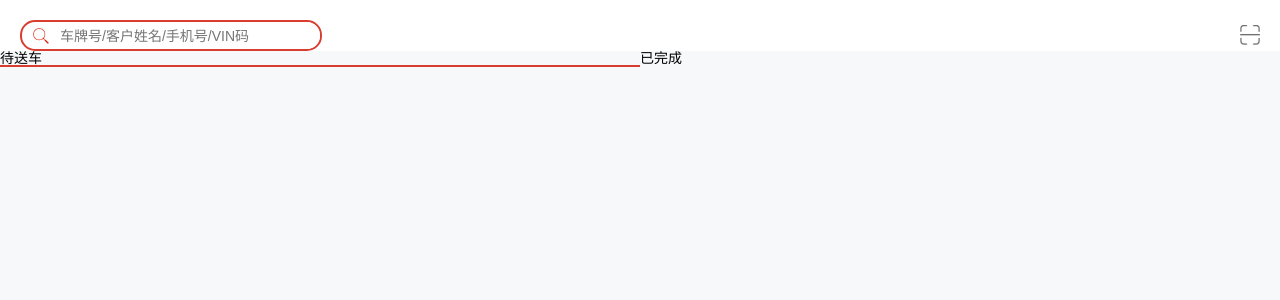
Repository: family-car/car
Page: deliverTask.html
These files come from the project's save history. The page is drawn as it stood at one moment and after the next save; the edit follows.
The browser window is 1280 px wide. The pictures show the whole page.

Above is the page before, as saved 2020-05-12 11:00:20.

After the next save:
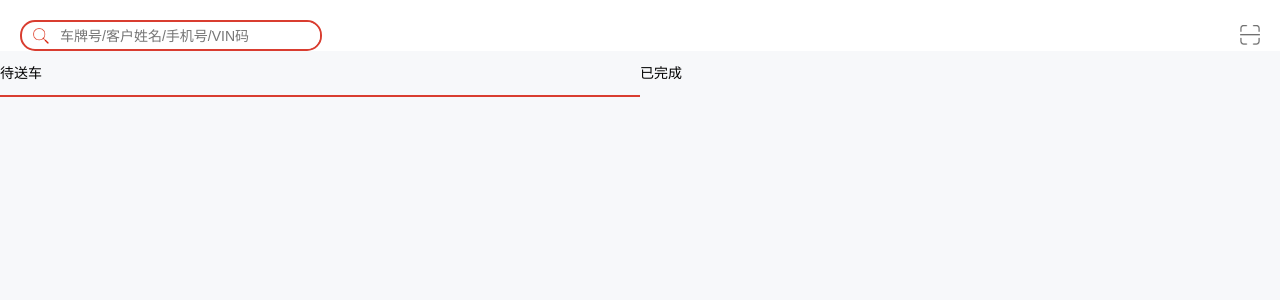
Saved 10 s later.
--- a/src/css/app/deliverTask.css
+++ b/src/css/app/deliverTask.css
@@ -28,11 +28,12 @@ body,html{
     height: 20px;
 }
 .taskTabbar{
-    height: 34px;
+    height: 44px;
 }
 .taskTabbar li{
     width: 50%;
     float: left;
+    line-height: 44px;
 }
 .taskTabbar li.active{
     border-bottom: 2px solid #D93D30;
